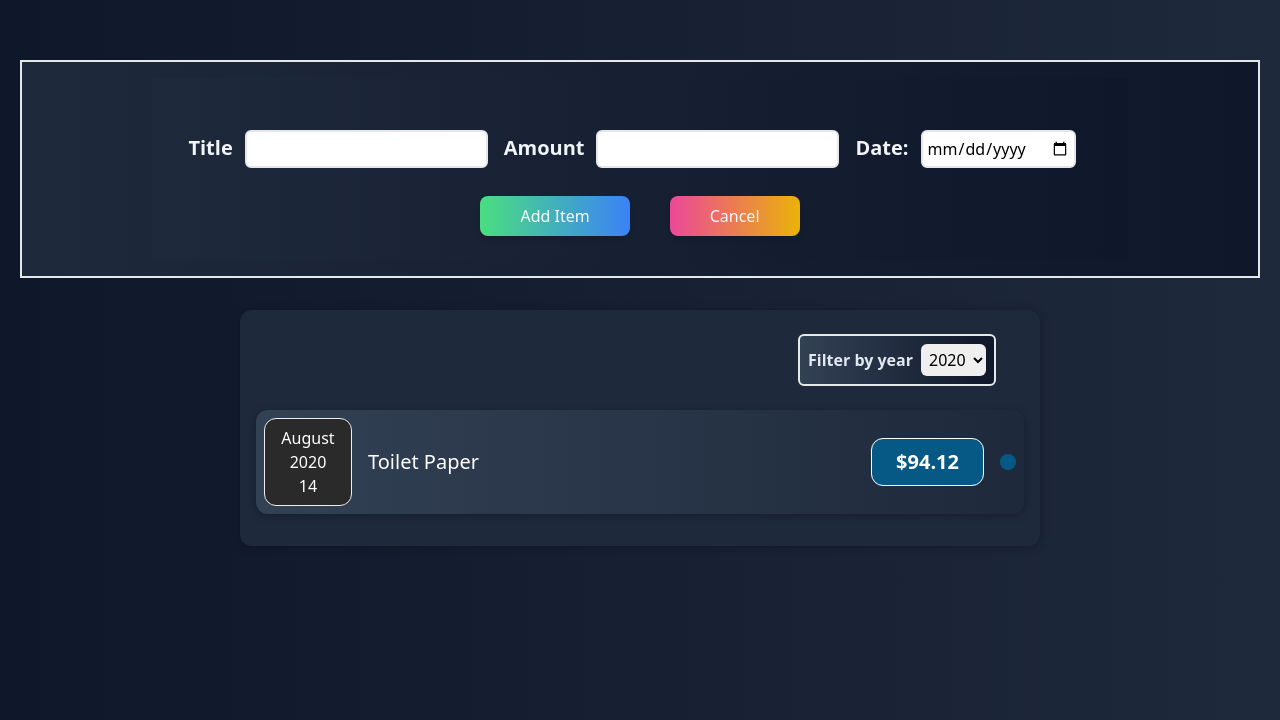
Repository: Sef24/expense-tracker
Page: /, after clicking the first element matching `button.flex`
The author's editor kept a copy of each file at every save. The page is drawn from the files as they stood at one save, then again after the next save.
The browser window is 1280 px wide. The pictures show the whole page.
The project was rebuilt for these pictures with package versions that can differ from the ones it lists, and the page was loaded fresh each time. Also part of the build but not shown: src/components/NewExpense/NewExpense.css, src/components/NewExpense/ExpenseForm.css.

Above is the page before, as saved 2022-05-03 19:28:32.

### public/index.html
<!DOCTYPE html>
<html lang="en">
  <head>
    <meta charset="utf-8" />
    <link rel="icon" href="%PUBLIC_URL%/favicon.ico" />
    <meta name="viewport" content="width=device-width, initial-scale=1" />

    <meta
      name="description"
      content="Web site created using create-react-app"
    />
    <link rel="apple-touch-icon" href="%PUBLIC_URL%/logo192.png" />
    <!--
      manifest.json provides metadata used when your web app is installed on a
      user's mobile device or desktop. See https://developers.google.com/web/fundamentals/web-app-manifest/
    -->
    <link rel="manifest" href="%PUBLIC_URL%/manifest.json" />
    <!--
      Notice the use of %PUBLIC_URL% in the tags above.
      It will be replaced with the URL of the `public` folder during the build.
      Only files inside the `public` folder can be referenced from the HTML.

      Unlike "/favicon.ico" or "favicon.ico", "%PUBLIC_URL%/favicon.ico" will
      work correctly both with client-side routing and a non-root public URL.
      Learn how to configure a non-root public URL by running `npm run build`.
    -->
    <title>React App</title>
  </head>
  <body>
    <noscript>You need to enable JavaScript to run this app.</noscript>
    <div id="root"></div>
    <!--
      This HTML file is a template.
      If you open it directly in the browser, you will see an empty page.

      You can add webfonts, meta tags, or analytics to this file.
      The build step will place the bundled scripts into the <body> tag.

      To begin the development, run `npm start` or `yarn start`.
      To create a production bundle, use `npm run build` or `yarn build`.
    -->
  </body>
</html>

### src/index.css
@tailwind base;
@tailwind components;
@tailwind utilities;

@layer base {
  body {
    @apply bg-gradient-to-r from-slate-900  to-slate-800;
  }
}

### src/App.js
import Expenses from "./components/Expenses";
import NewExpense from "./components/NewExpense/NewExpense";
import { useState } from "react";

const DUMMY_DATA = [
  {
    id: "e1",
    title: "Toilet Paper",
    amount: 94.12,
    date: new Date(2020, 7, 14),
  },
  { id: "e2", title: "New TV", amount: 799.49, date: new Date(2021, 2, 12) },
  {
    id: "e3",
    title: "Car Insurance",
    amount: 294.67,
    date: new Date(2021, 2, 28),
  },
  {
    id: "e4",
    title: "New Desk (Wooden)",
    amount: 450,
    date: new Date(2021, 5, 12),
  },
];

function App() {
  const [expenses, setExpenses] = useState(DUMMY_DATA);

  const addExpenseHandler = (expense) => {
    setExpenses((prevExpenses) => {
      return [expense, ...prevExpenses];
    });
  };
  return (
    <div>
      <div>
        <NewExpense onAddExpense={addExpenseHandler} />
        <Expenses items={expenses} />
      </div>
    </div>
  );
}

export default App;

### src/components/Expenses.js
import React, { useState } from "react";
import ExpenseItem from "./ExpenseItem";
import "./Expenses.css";
import ExpensesList from "./ExpensesList";
import ExpensesFilter from "./NewExpense/ExpensesFilter";

function Expenses(props) {
  const [filteredYear, setFilteredYear] = useState("2020");

  const filterChangeHandler = (selectedYear) => {
    setFilteredYear(selectedYear);
  };

  const filteredExpenses = props.items.filter((expense) => {
    return expense.date.getFullYear().toString() === filteredYear;
  });

  return (
    <div>
      <div className="expenses  bg-slate-800 ... ">
        <ExpensesFilter
          selected={filteredYear}
          onChangeFilter={filterChangeHandler}
        />
        <ExpensesList items={filteredExpenses} />
      </div>
    </div>
  );
}

export default Expenses;

### src/components/NewExpense/NewExpense.js
import React from "react";
import "./NewExpense.css";
import ExpenseForm from "./ExpenseForm";
import { useState } from "react";

function NewExpense(props) {
  const [isEditing, setIsEditing] = useState(false);

  const saveExpenseDataHandler = (enteredExpenseData) => {
    const expenseData = {
      ...enteredExpenseData,
      id: Math.random().toString(),
    };

    props.onAddExpense(expenseData);
    setIsEditing(false);
  };

  const startEditingHandler = () => {
    setIsEditing(true);
  };

  const stopEditingHandler = () => {
    setIsEditing(false);
  };

  return (
    <div className="flex flex-col sm:flex-row m-5 justify-between items-center h-auto">
      <div
        className="flex flex-grow justify-evenly w-full p-4 mt-10 items-center  border-2
      bg-gradient-to-r from-slate-800 to-slate-900 ... px-10 "
      >
        {!isEditing && (
          <button
            onClick={startEditingHandler}
            className="flex items-center justify-center border-2 p-4 rounded-lg text-slate-50
          cursor-pointer transition duration-100 transform hover:scale-125 hover:text-white
          bg-cyan-500 text-extra-bold"
          >
            Add Expense
          </button>
        )}
        {isEditing && (
          <ExpenseForm
            onSaveExpenseData={saveExpenseDataHandler}
            onCancel={stopEditingHandler}
          />
        )}
      </div>
    </div>
  );
}

export default NewExpense;

### src/components/ExpenseItem.js
import React, { useState } from "react";
import "./ExpenseItem.css";
import ExpenseDate from "./ExpenseDate";

function ExpenseItem(props) {
  const [title, setTitle] = useState(props.title);

  const clickHandler = () => {
    setTitle("Updated");
    console.log(title);
  };

  return (
    <li>
      <div className="expense-item bg-gradient-to-r  from-slate-700  to-slate-800 ... border-x-cyan-100 ">
        <ExpenseDate date={props.date} />

        <div className="expense-item__description">
          <h2>{props.title}</h2>

          <div className="expense-item__price bg-sky-800">${props.amount}</div>
        </div>
        <button
          className="p-2 ml-4 border-transparent rounded-full border-0
        bg-sky-800 font-bold text-slate-50"
          onClick={clickHandler}
        ></button>
      </div>
    </li>
  );
}

export default ExpenseItem;

### src/components/Expenses.css
.expenses {
  padding: 1rem;

  margin: 2rem auto;
  width: 50rem;
  max-width: 95%;
  border-radius: 12px;
  box-shadow: 0 1px 8px rgba(0, 0, 0, 0.25);
}

### src/components/ExpensesList.js
import React from "react";

import ExpenseItem from "./ExpenseItem";

const ExpensesList = (props) => {
  if (props.items.length === 0) {
    return (
      <h2 className="text-white font-extrabold text-xl flex items-center justify-center">
        Found no expenses...
      </h2>
    );
  }

  return (
    <ul>
      {props.items.map((expense) => (
        <ExpenseItem
          key={expense.id}
          id={expense.id}
          title={expense.title}
          amount={expense.amount}
          date={expense.date}
        />
      ))}
    </ul>
  );
};

export default ExpensesList;

### src/components/NewExpense/ExpensesFilter.js
import React from "react";

const ExpensesFilter = (props) => {
  const dropdownChangeHandler = (event) => {
    props.onChangeFilter(event.target.value);
  };
  return (
    <div className="">
      <div className="flex justify-end p-2 mr-5 ">
        <div
          className="border-2  rounded-md border-inherit p-2 ml-6
        bg-gradient-to-r from-slate-700 to-slate-900 ..."
        >
          <label className="text-slate-200 font-bold mr-2">
            Filter by year
          </label>
          <select
            value={props.selected}
            onChange={dropdownChangeHandler}
            className="rounded-md p-1"
          >
            <option value="2022">2022</option>
            <option value="2021">2021</option>
            <option value="2020">2020</option>
            <option value="2019">2019</option>
          </select>
        </div>
      </div>
    </div>
  );
};

export default ExpensesFilter;

### src/components/NewExpense/ExpenseForm.js
import React, { useState } from "react";
import "./ExpenseForm.css";

function ExpenseForm(props) {
  const [titleHandler, setTitleHandler] = useState("");
  const [amountHandler, setAmountHandler] = useState("");
  const [dateHandler, setDateHandler] = useState("");

  const handleTitleChange = (event) => {
    setTitleHandler(event.target.value);
  };

  const handleAmountChange = (event) => {
    setAmountHandler(event.target.value);
  };

  const handleDateChange = (event) => {
    setDateHandler(event.target.value);
  };

  const handleSubmit = (event) => {
    event.preventDefault();

    const expenseData = {
      title: titleHandler,
      amount: amountHandler,
      date: new Date(dateHandler),
    };
    props.onSaveExpenseData(expenseData);
    setTitleHandler("");
    setAmountHandler("");
    setDateHandler("");
  };

  return (
    <form
      className="bg-gradient-to-r from-slate-800 to-slate-900 ... p-6 mx-8 h-auto"
      onSubmit={handleSubmit}
    >
      <div className="flex flex-grow justify-evenly pt-4 m-3 max-2xl">
        <div className="font-bold text-slate-100 text-xl mr-1 mt-1">Title</div>
        <input
          className="border-2 mr-4 ml-2 rounded-md p-1 hover:bg-slate-50 active:bg-slate-50 "
          type="text"
          onChange={handleTitleChange}
          value={titleHandler}
        />

        <div className="font-bold text-slate-100 text-xl mr-1 mt-1">Amount</div>
        <input
          className="border-2 mr-4 ml-2 rounded-md p-1 hover:bg-slate-50 active:bg-slate-50"
          type="number"
          min="0.01"
          step="0.01"
          onChange={handleAmountChange}
          value={amountHandler}
        />

        <div className="font-bold text-slate-100 text-xl mr-1 mt-1">Date:</div>
        <input
          className="border-2 mr-4 ml-2 rounded-md p-1 hover:bg-slate-50 active:bg-slate-50"
          type="date"
          onChange={handleDateChange}
          value={dateHandler}
        />
      </div>
      <div className="flex flex-grow space-x-10 items-center justify-center ">
        <button
          type="submit"
          className="p-2 mt-4 px-10 border-3 border-solid rounded-lg shadow-md
          bg-gradient-to-r from-green-400 to-blue-500
          hover:from-pink-500 hover:to-yellow-500 ...
          active:opacity-75 text-slate-50"
        >
          Add Item
        </button>
        <button
          type="button"
          onClick={props.onCancel}
          className="p-2 mt-4 px-10 border-3 border-solid rounded-lg shadow-md
          bg-gradient-to-r from-pink-500 to-yellow-500
          hover:from-green-400 hover:to-blue-500 ...
          active:opacity-75 text-slate-50"
        >
          Cancel
        </button>
      </div>
    </form>
  );
}

export default ExpenseForm;

### src/components/ExpenseItem.css
.expense-item {
  display: flex;
  justify-content: space-between;
  align-items: center;
  box-shadow: 0 2px 8px rgba(0, 0, 0, 0.25);
  padding: 0.5rem;
  margin: 1rem 0;
  border-radius: 12px;
}

.expense-item__description {
  display: flex;
  flex-direction: column;
  gap: 1rem;
  align-items: flex-end;
  flex-flow: column-reverse;
  justify-content: flex-start;
  flex: 1;
}

.expense-item h2 {
  color: #3a3a3a;
  font-size: 1rem;
  flex: 1;
  margin: 0 1rem;
  color: white;
}

.expense-item__price {
  font-size: 1rem;
  font-weight: bold;
  color: white;

  border: 1px solid white;
  padding: 0.5rem;
  border-radius: 12px;
}

@media (min-width: 580px) {
  .expense-item__description {
    flex-direction: row;
    align-items: center;
    justify-content: flex-start;
    flex: 1;
  }

  .expense-item__description h2 {
    font-size: 1.25rem;
  }

  .expense-item__price {
    font-size: 1.25rem;
    padding: 0.5rem 1.5rem;
  }
}

### src/components/ExpenseDate.js
import React from "react";
import "./ExpenseDate.css";

function ExpenseDate(props) {
  const month = props.date.toLocaleString("en-US", { month: "long" });
  const day = props.date.getDate();
  const year = props.date.getFullYear();

  return (
    <div className="expense-date">
      <div className="expense__month">{month}</div>
      <div className="expense__year">{year}</div>
      <div className="expense__day">{day}</div>
    </div>
  );
}

export default ExpenseDate;

Loaded but not shown: src/index.js (common file); src/components/ExpenseDate.css (common file); tailwind.config.js (common file)

After the next save:
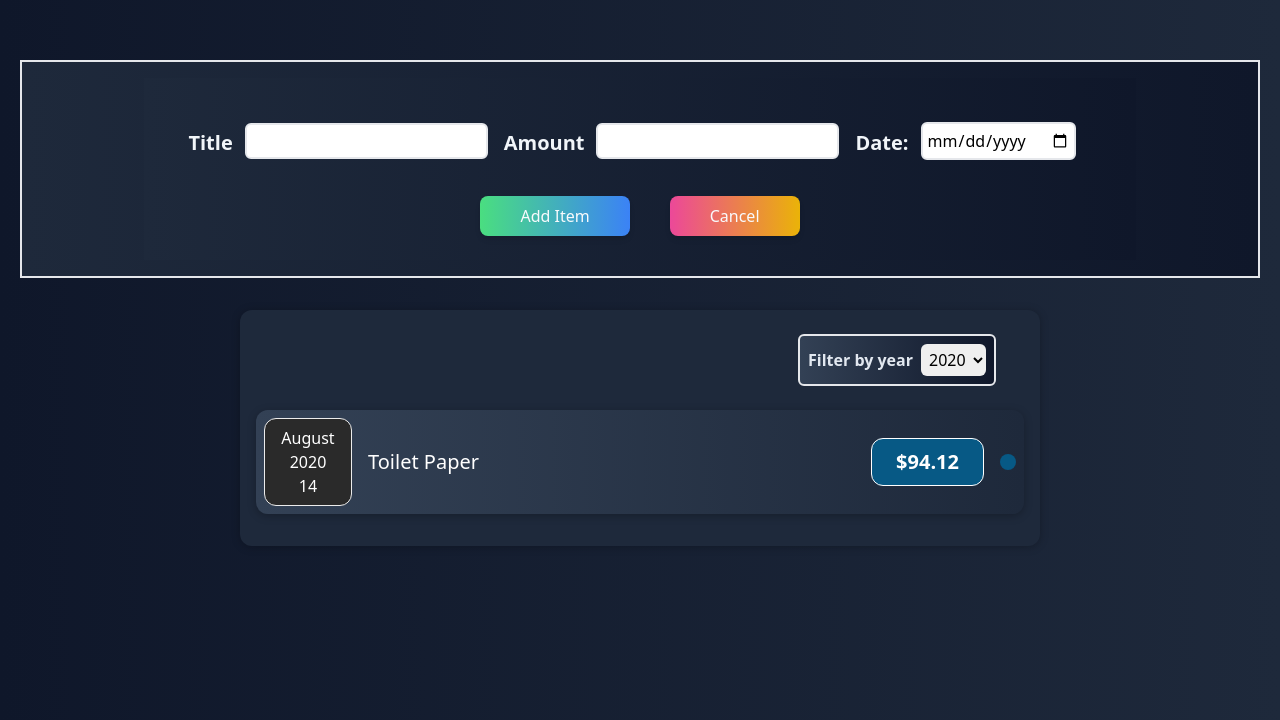
Saved 69 s later.
--- a/src/components/NewExpense/ExpenseForm.js
+++ b/src/components/NewExpense/ExpenseForm.js
@@ -37,7 +37,7 @@ function ExpenseForm(props) {
       className="bg-gradient-to-r from-slate-800 to-slate-900 ... p-6 mx-8 h-auto"
       onSubmit={handleSubmit}
     >
-      <div className="flex flex-grow justify-evenly pt-4 m-3 max-2xl">
+      <div className="flex flex-col sm:flex-row m-5 justify-between items-center h-auto">
         <div className="font-bold text-slate-100 text-xl mr-1 mt-1">Title</div>
         <input
           className="border-2 mr-4 ml-2 rounded-md p-1 hover:bg-slate-50 active:bg-slate-50 "
